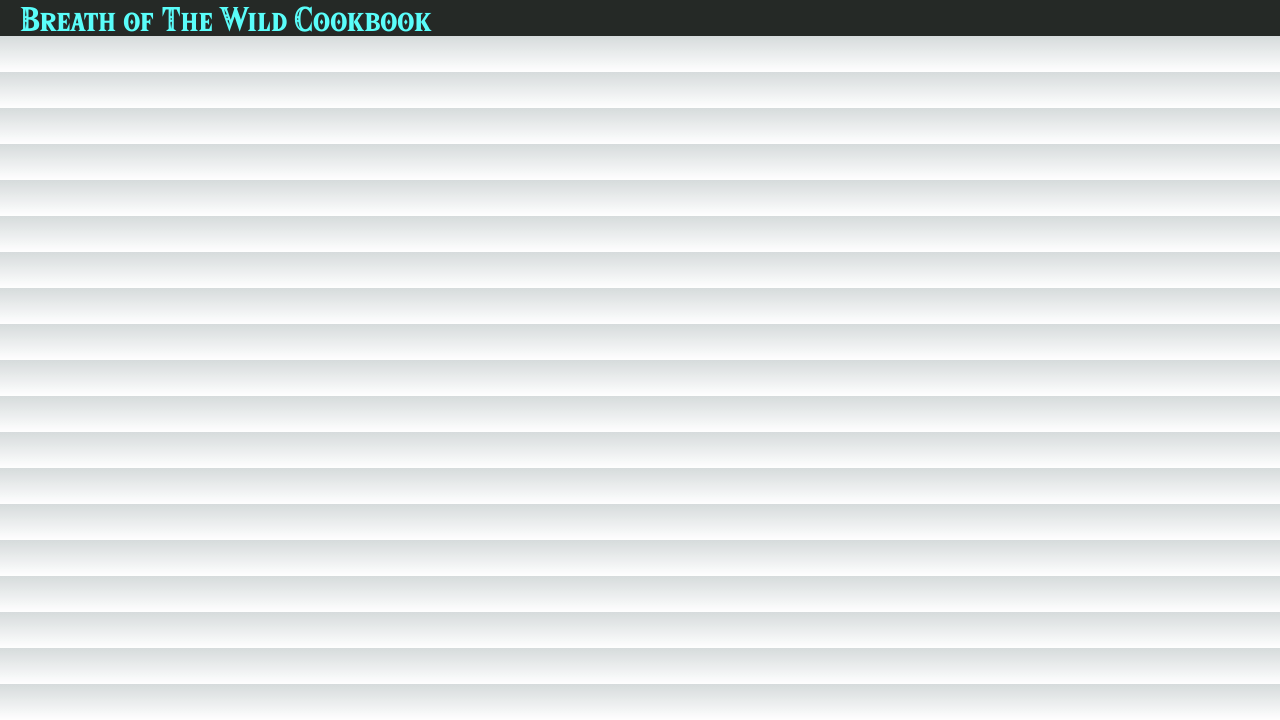
Repository: YanceMcFinn/Breath-of-The-Wild-Cookbook
Page: /
An editor plug-in stored every save of this project. The page is shown before and after the next save, followed by the edit.
The browser window is 1280 px wide. The pictures show the whole page.
The page's requests for data from a server got no answer. The project was rebuilt for these pictures with package versions that can differ from the ones it lists, and the page was loaded fresh each time. The framework's server and built-in components were replaced by stand-ins that run in the browser. No one was signed in, and anything a server would have sent is missing. Also part of the build but not shown: next.config.js, src/app/components/Card.tsx.

Above is the page before, as saved 2023-08-16 13:38:14.

### src/app/layout.tsx
import './globals.css'
import '../../HyliaSerif_WebfontKit/stylesheet.css'
import { Inter } from 'next/font/google'

const inter = Inter({ subsets: ['latin'] })

export const metadata = {
  title: 'Create Next App',
  description: 'Generated by create next app',
}

export default function RootLayout({
  children,
}: {
  children: React.ReactNode
}) {
  return (
    <html lang="en">
      <body className={inter.className}>{children}</body>
    </html>
  )
}

### src/app/page.tsx
'use client'

import { useEffect, useState } from 'react';
import Image from 'next/image'
import { Card } from './components/Card.tsx'
import '../../HyliaSerif_WebfontKit/stylesheet.css'

export default function Home() {
  const [materials, setMaterials] = useState([])

  async function loadMaterials() {
    const response = await fetch("https://botw-compendium.herokuapp.com/api/v3/compendium/category/materials");
    const items = await response.json();
    setMaterials(items.data)
    console.log(items.data)
  }

  useEffect(()=>{
    loadMaterials()},[]);

  return (
    <main className='bg-sheikah-slate-bg'>
      <div>
        <h1 className='hyliaFont text-3xl text-sheikah-slate-blue mx-5'>Breath of The Wild Cookbook</h1>
      </div>
      <div className='px-5'>
        <div className='grid grid-cols-3 gap-5 px-5'>
          {materials?.map((item)=>{
            return <Card name={item.name} imgUrl={item.image} effect = {item.cooking_effect} description = {item.description} />
          })}
        </div>
      </div>
    </main>
  )
}

### src/app/globals.css
@tailwind base;
@tailwind components;
@tailwind utilities;

:root {
  --foreground-rgb: 0, 0, 0;
  --background-start-rgb: 214, 219, 220;
  --background-end-rgb: 255, 255, 255;
}

@media (prefers-color-scheme: dark) {
  :root {
    --foreground-rgb: 255, 255, 255;
    --background-start-rgb: 0, 0, 0;
    --background-end-rgb: 0, 0, 0;
  }
}

body {
  color: rgb(var(--foreground-rgb));
  background: linear-gradient(
      to bottom,
      transparent,
      rgb(var(--background-end-rgb))
    )
    rgb(var(--background-start-rgb));
}

.card-img {
  height: auto;
  object-fit: cover;
}

.card-bg {
  background-color: #bcffe8;
}

.hyliaFont {
  font-family: 'hylia_serif_betaregular';
  font-weight:normal;
font-style:normal;
}

### HyliaSerif_WebfontKit/stylesheet.css
/*! Generated by Font Squirrel (https://www.fontsquirrel.com) on August 16, 2023 */



@font-face {
    font-family: 'hylia_serif_betaregular';
    src: url('./hyliaserifbeta-regular.woff2') format('woff2'),
         url('/hyliaserifbeta-regular.woff') format('woff');
    font-weight: normal;
    font-style: normal;

}

### tailwind.config.js
/** @type {import('tailwindcss').Config} */
module.exports = {
  content: [
    './src/pages/**/*.{js,ts,jsx,tsx,mdx}',
    './src/components/**/*.{js,ts,jsx,tsx,mdx}',
    './src/app/**/*.{js,ts,jsx,tsx,mdx}',
  ],
  theme: {
    extend: {
      backgroundImage: {},
      colors: {
        'zelda-green': '#0d9263',
        'sheikah-slate-blue' : '#5afdfa',
        'sheikah-slate-bg': '#252926'
      },
    },
  },
  plugins: [],
}

After the next save:
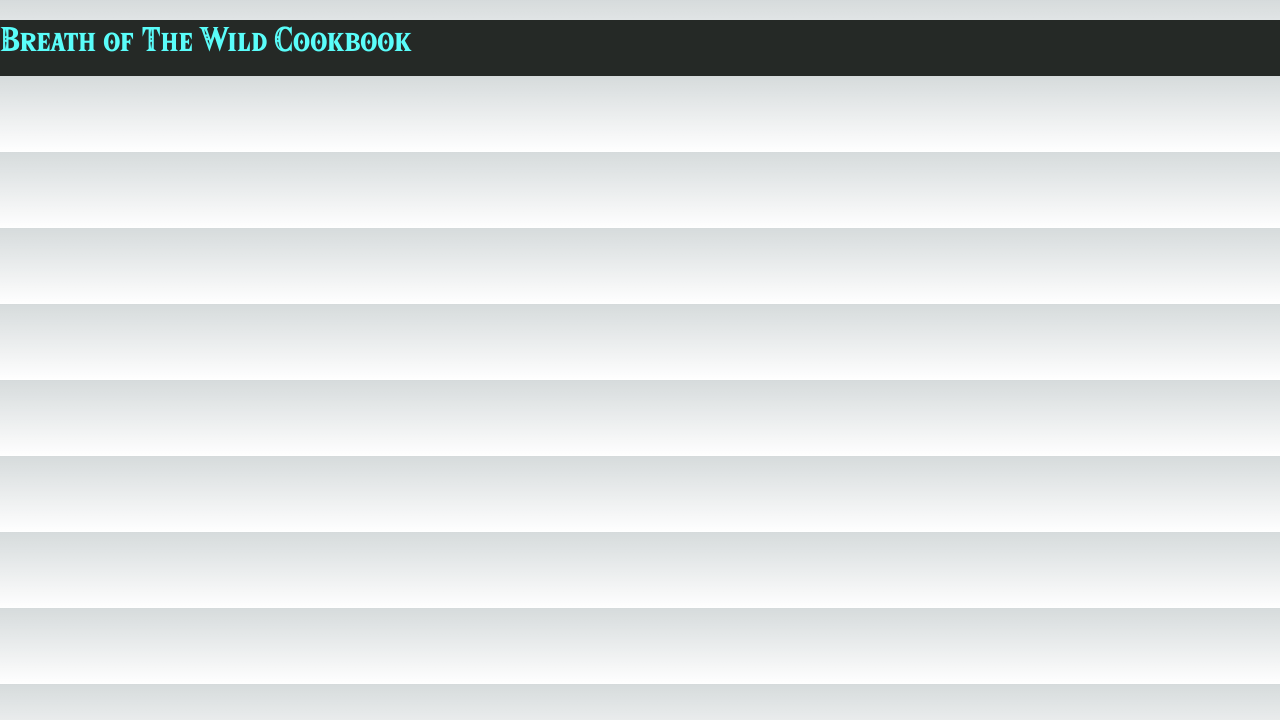
Saved 10 s later.
--- a/src/app/page.tsx
+++ b/src/app/page.tsx
@@ -21,7 +21,7 @@
   return (
     <main className='bg-sheikah-slate-bg'>
       <div>
-        <h1 className='hyliaFont text-3xl text-sheikah-slate-blue mx-5'>Breath of The Wild Cookbook</h1>
+        <h1 className='hyliaFont text-3xl text-sheikah-slate-blue my-5'>Breath of The Wild Cookbook</h1>
       </div>
       <div className='px-5'>
         <div className='grid grid-cols-3 gap-5 px-5'>
